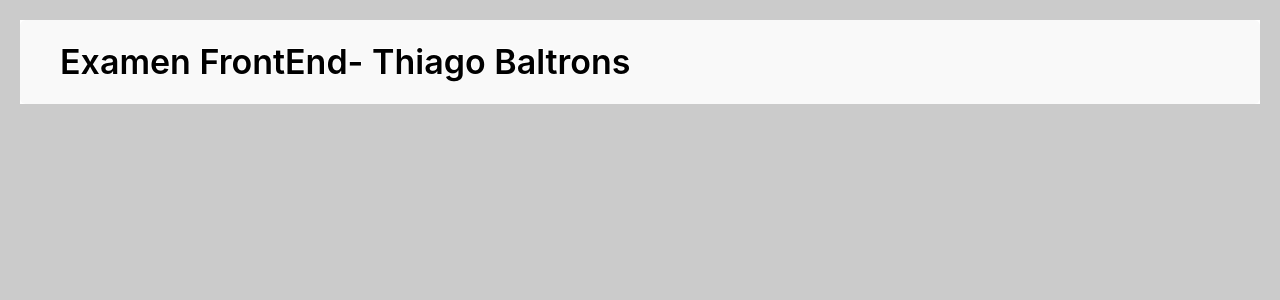
Repository: thiagobal1891-sudo/vue-ecommerce
Page: /#/thiago
The author's editor kept a copy of each file at every save. The page is drawn from the files as they stood at one save, then again after the next save.
The browser window is 1280 px wide. The pictures show the whole page.
The page's requests for data from a server got no answer. The project was rebuilt for these pictures with package versions that can differ from the ones it lists, and the page was loaded fresh each time. No one was signed in, and anything a server would have sent is missing. Also part of the build but not shown: vue.config.js, src/components/ProductList.vue, src/components/CollectionsVue.vue, src/components/BrandsVue.vue, src/pages/HomePage.vue, src/pages/ErrorPage.vue, src/pages/CategoryPage.vue, src/pages/MyCartPage.vue and 7 more.

Above is the page before, as saved 2025-09-22 14:42:31.

### public/index.html
<!DOCTYPE html>
<html lang="en">
  <head>
    <meta charset="utf-8" />
    <title>Mi App Vue</title>
  </head>
  <body>
    <div id="app"></div>
    <!-- Vue montará la app aquí -->
  </body>
</html>

### src/App.vue
<template>
  <div class="app">

    <NavegadorVue v-if="$route.path !== '/thiago'" />

    <router-view />


    <FooterVue v-if="$route.path !== '/thiago'" />
  </div>
</template>


<script>

import FooterVue from './components/FooterVue.vue';
import NavegadorVue from './components/NavegadorVue.vue';



export default {
  name: 'App',
  components: {
    FooterVue,
    NavegadorVue
  }
}
</script>

<style>
*{
  margin: 0px;
  padding: 0px;
}
@font-face {
  font-family: Janna LT;
  src: url("./assets/janna-lt-regular.ttf");
  font-weight: bold;
}
@import url('https://fonts.googleapis.com/css2?family=Inter:ital,opsz,wght@0,14..32,100..900;1,14..32,100..900&display=swap');



.root{
  --color-primario: #E61620
}

#app {

  font-family: Avenir, Helvetica, Arial, sans-serif;
  -webkit-font-smoothing: antialiased;
  -moz-osx-font-smoothing: grayscale;
  text-align: center;
  color: #2c3e50;
}
h1{
  background-color: var(--color-primario);
  font-family: "Janna LT";
  font-weight: 700;
}

* {
      box-sizing: border-box;
    }

    body {
      margin: 0;
      font-family: 'Arial', sans-serif;
      padding: 20px;
      background-color: rgb(203, 203, 203);
    }
    .app{
      max-width: 1280px;
      width: 100%;
      margin: auto;
      background-color: white;
    }
</style>

### src/pages/MyordersPage.vue
<template>
  <div class="grid_contenido">
    <SidebarVue @changePage="page = $event" class="layout" />
    <div class="contenido_orden">
      <PersonalInfo v-if="page === 1" />
      <OrdenesID v-else-if="page === 2" />
      <CheckoutVue v-else-if="page === 3" />
    </div>
  </div>
</template>


<script>
import SidebarVue from "../components/SidebarVue.vue"
import PersonalInfo from "../components/PersonalInfo.vue"
import CheckoutVue from "../components/CheckoutVue.vue"
import OrdenesID from "@/components/OrdenesID.vue"

export default {
  components: { SidebarVue, PersonalInfo, CheckoutVue, OrdenesID },
  data() {
    return {
      page: 1
    }
  }
}
</script>

<style>

*{
  box-sizing: border-box;
  margin: 0;
  padding: 0;
}
.grid_contenido {
  display: grid;
  gap: 60px;
  grid-template-columns: 1fr;
  grid-template-areas:
    "layout"
    "contenido_orden";
}

.layout {
  grid-area: layout;
}

.contenido_orden {
  grid-area: contenido_orden;
}

@media (min-width: 600px) {
  .grid_contenido {
    grid-template-columns: 200px auto;
    grid-template-areas: "layout contenido_orden";
  }
}

@media (min-width: 900px) {
  .grid_contenido {
    grid-template-columns: 250px auto;
  }
}


</style>

### src/pages/ThiagoPage.vue
<template>
    <div>
    <ThiagoVue />
    </div>
</template>

<script>
import ThiagoVue from '@/components/ThiagoVue.vue';

export default {
    name: 'ThiagoPage',
    components: {
    ThiagoVue
    },
    data(){
    return{

    }
    }
    }
</script>

### src/components/FooterVue.vue

<template>
  <footer class="footer">

    <div class="footer-content desktop-footer">
      <div class="footer-columns">
        <div class="column">
          <h3>Shop by Category</h3>
          <ul>
            <li>Skincare</li>
            <li>Personal Care</li>
            <li>Handbags</li>
            <li>Apparels</li>
            <li>Watches</li>
            <li>Eye Wear</li>
            <li>Jewellery</li>
          </ul>
        </div>

        <div class="column">
          <h3>About</h3>
          <ul>
            <li>Contact Us</li>
            <li>About Us</li>
            <li>Careers</li>
            <li>Press</li>
          </ul>
        </div>

        <div class="column">
          <h3>Policy</h3>
          <ul>
            <li>Return Policy</li>
            <li>Terms of Use</li>
            <li>Sitemap</li>
            <li>Security</li>
            <li>Privacy</li>
            <li>EPR Compliance</li>
          </ul>
        </div>
      </div>

       <hr />

      <div class="footer-right">

        <div class="social-icons">
          <img src="../assets/redeslogo.png" alt="social-media">
          <i class="fab fa-facebook"></i>
          <i class="fab fa-instagram"></i>
          <i class="fab fa-twitter"></i>
          <i class="fab fa-youtube"></i>
        </div>

        <div class="location">
          <i class="fas fa-map-marker-alt"></i>
          <img src="../assets/location.png" alt="">
          United States
        </div>

        <div class="copyright">
          © 2021 | Cora Leviene All Rights Reserved
        </div>
      </div>
    </div>

  </footer>
</template>
<script>
export default {
  name: 'FooterVue',
  data() {
    return {

    };
  }
}
</script>




<style scoped>

.copyright {
  display: flex;
  text-align: left;
  color: #B6B6B6;
}

.footer-columns {
  display: flex;
  text-align: left;
}

.footer {
  background-color: #194b63;
  color: #c0d9dd;
  font-family: 'Inter', sans-serif;
  padding: 40px 24px;
  width: 100%;

}


.desktop-footer {
  display: flex;
  justify-content: space-between;
  flex-wrap: wrap;
}

.footer-columns {
  display: flex;
  gap: 48px;
}

.column h3 {
  color: #ffffff;
  margin-bottom: 10px;
  font-size: 17px;
}

.column ul {
  list-style: none;
  padding: 0;
  margin: 0;
}

.column li {
  margin-bottom: 8px;
  font-size: 15px;
}

.footer-right {
  display: flex;
  flex-direction: column;
  align-items: flex-end;
  gap: 12px;
  text-align: right;
}

.social-icons {
  display: flex;
  font-size: 20px;
}

.location {
  display: flex;
  align-items: center;
  gap: 6px;
  font-family: Inter;
  font-weight: 500;
  font-size: 14px;
  line-height: 18px;
  letter-spacing: 0%;
  color: #ffff;
}



.footer-section {
  margin-bottom: 24px;
}

.footer-section h3 {
  color: #ffffff;
  font-size: 16px;
  margin-bottom: 10px;
}

.footer-section ul {
  list-style: none;
  padding: 0;
  margin: 0;
}

.footer-section li {
  margin-bottom: 7px;
  font-size: 14px;
}

.inline-links {
  display: flex;
  flex-wrap: wrap;
  gap: 6px;
  font-size: 14px;
}
@media screen and (max-width: 768px) {
 hr {
  position: relative;
  right: 24px;
  width: 100vw;
  border: none;
  border-top: 1px solid #4d6e80;
  margin: 24px 0;
}
}
.footer-columns {
  flex-direction: column;
}
.footer-right{
  align-items: flex-start;
}
@media  screen and (min-width: 768px) {
  hr {
    display: none;
  }
}
@media (max-width: 400px) {
  .text {
    font-size: 14px;
  }
}
</style>

### src/components/NavegadorVue.vue
<template>
  <link rel="preconnect" href="https://fonts.googleapis.com">
  <link rel="preconnect" href="https://fonts.gstatic.com" crossorigin>
  <link href="https://fonts.googleapis.com/css2?family=Inter:ital,opsz,wght@0,14..32,100..900;1,14..32,100..900&display=swap" rel="stylesheet">

  <!-- BARRA DESKTOP -->
  <header class="NavegadorVue desktop-only">
    <div>
      <img id="logo" src="./../assets/logo.png" alt="Icon">
      <nav class="NavegadorVue__categories">
        <p>Handbags</p>
        <p>Watches</p>
        <p>Skincare</p>
        <p>Jewellery</p>
        <p>Apparels</p>
      </nav>
    </div>
    <div class="search-container">
      <input class="search" type="text" v-model="busqueda" placeholder="Buscar producto..." />
      <img class="search-icon" src="./../assets/search.png" alt="buscar">
      <div class="icons">
        <router-link to="/mycart">
          <img src="./../assets/icons.png" alt="icons">
          {{ count.quantity }}
        </router-link>

      </div>
    </div>
  </header>

  <header class="NavegadorVue-mobile-only">
    <nav class="nav-mobile">
  <div class="nav-left">
    <img src="./../assets/leading-icon.png" alt="menu">
    <p>Home</p>
  </div>
  <div class="nav-right">
    <img src="./../assets/trailing-icon.png" alt="icons-mobile">

  </div>
</nav>
  </header>

  <div class="text-header">
    <p>
      We are currently experiencing local customs clearance delays.
      For the latest updates, please check your order status
      <a href="./">here</a>
    </p>
  </div>
</template>

<script>

import { useCartStore } from '@/stores/cart';

export default {
  name: 'NavegadorVue',
  data() {
    return {
      busqueda: '',
      count: useCartStore()
    };
  }
};
</script>

<style>

@media screen and (max-width: 768px) {
  body {
    padding-top: 80px !important;
  }
}
.NavegadorVue {
  width: 100%;
  height: 80px;
  display: flex;
  align-items: center;
  justify-content: space-between;
  position: fixed;
  top: 0;
  left: 0;

  z-index: 1000;
  background: white;
}


.desktop-only {
  display: flex;
}
.nav-mobile p {
  width: 57px;
  height: 26px;
  opacity: 1;
  font-family: Inter;
  font-weight: 600;
  font-size: 20px;
  line-height: 26px;
  letter-spacing: 0%;
  vertical-align: middle;
  color: rgba(27, 75, 102, 1);
;

}
.nav-mobile {
  display: flex;
  justify-content: space-between;
  align-items: center;
  padding: 0 16px;
  height: 60px;
  width: 100%;
  position: fixed;
  top: 0;
  left: 0;
  background: white;
  z-index: 1000;
  margin-top: 20px;
}

.nav-left {
  display: flex;
  align-items: center;
  gap: 20px;
}

.nav-right {
  display: flex;
  align-items: center;
  margin-right: 20px;
}

.NavegadorVue-mobile-only {
  display: none !important;
}

@media screen and (max-width: 768px) {
  .desktop-only {
    display: none !important;
  }
}
@media screen and (max-width: 768px) {
  .text-header {
    display: none !important;
  }
}
  .mobile-only {
    display: flex !important;
    height: 60px;
    justify-content: space-between;
    align-items: center;
    padding: 0 16px;
    background-color: white;
    z-index: 1000;
  }
@media screen and (max-width: 768px) {
  .NavegadorVue-mobile-only {
    display: flex !important;
  }
}
.NavegadorVue div {
  display: flex;
  justify-content: space-around;
  align-items: center;
  gap: 30px;
}
.NavegadorVue {
  position: relative;
  width: 100%;
  height: 80px;
  display: flex;
  align-items: center;
  margin-inline: 10px;
  justify-content: space-between;

}
.NavegadorVue header{

  display: flex;
  position: fixed;
  top: 0;
  left: 0;
  width: 100%;
  z-index: 1000;

}
.search-container  {
  display: inline-flex;
  align-items: center;
  position: relative;
  margin-right: inherit;

}
.search-container input {
  width: 500px;
  height: 44px;


}

#logo {
width: 108px;
height: 22px;
top: 29px;
left: 20px;


}
.NavegadorVue__categories {
  display: flex;
  width: 391;
  height: 18;
  top: 31px;
  left: 160px;
  gap: 20px;
  font-weight: bold;

}

.search-container {
  position: relative;
  width: 500px;
  height: 44px;
}

.search {
  width: 100%;
  height: 100%;
  border-radius: 4px;
  background: #F1F1F1;
  border: none;
  padding-left: 40px; /* espacio para el ícono */
  font-size: 14px;
}

.search-icon {
  position: absolute;
  top: 10px;
  left: 10px;
  width: 24px;
  height: 24px;
  pointer-events: none;
}
#icons {
  width: 114px;
height: 24px;
top: 28px;
left: 1148px;
}
.text-header {

  position: relative;

  width: 100%;
  height: 50px;

  font-family: "Inter", sans-serif;
  font-style: normal;
  font-weight: 400;
  font-size: 14px;
  line-height: 18px;

  display: flex;
  align-items: center;
  text-align: center;
  justify-content: center;

  color: #171520;
  background-color: #F1F1F1;
}


.text-header a {
  color: darkblue;


}

</style>

### src/components/BannerFooter.vue
<template>
<div class="banner-grid">

    <div class="lifestyle-card">
      <h2>LIFESTYLE</h2>
      <h1>Makeup Accessories<br>from Top Brands</h1>
    </div>



      <div class="card skincare">
        <h3>Skincare<br>Essentials</h3>
        <div class="arrow">→</div>
      </div>

      <div class="card facepacks">
        <h4>Facepacks<br>& Peels</h4>
        <div class="arrow">→</div>
      </div>

  </div>

</template>

<script>

export default {
  name: 'BannerFooter',
  components: {

  },
  data() {
    return {
    }
  }
}

</script>

<style>
    * {
      box-sizing: border-box;
    }

    body {
      margin: auto;
      font-family: 'Arial', sans-serif;
      padding: 20px;
    }

    .banner-grid {
      display: grid;
          grid-template:
                  "lifeStyle lifeStyle" 400px

                  "skincare   facepacks"  228px

                  /1fr    1fr    ;
      gap: 20px;
      max-width: 1200px;
      margin: 10px 30px;
    }

    .card:hover,
    .lifestyle-card:hover {
  filter: brightness(0.8);
  transform: scale(1.05);
  transition: filter 0.3s ease;
  cursor: pointer;
}

    .lifestyle-card {
      background-image: url('https://images.unsplash.com/photo-1526045478516-99145907023c?auto=format&fit=crop&w=1200&q=80');
      background-size: cover;
      background-position: center;
      border-radius: 20px;
      padding: 60px 40px;
      display: flex;
      flex-direction: column;
      justify-content: center;
      grid-area: lifeStyle;
    }

    .lifestyle-card h2 {
  width: 154px;
  height: 20px;
  left: 59px;
  top: 1999px;
  font-family: 'Inter', sans-serif;
  font-style: normal;
  font-weight: 400;
  font-size: 30px;
  line-height: 20px;
  display: flex;
  align-items: center;
  color: #97451F;


    }

    .lifestyle-card h1 {
  width: 618px;
  height: 136px;
  left: 59px;
  top: 2038px;
  font-family: 'Inter', sans-serif;
  font-style: normal;
  font-weight: 700;
  font-size: 52px;
  line-height: 68px;
  display: flex;
  align-items: center;
  color: #97451F;


    }


    .card {
      border-radius: 20px;
      padding: 30px;
      color: #fff;
      background-size: cover;
      background-position: center;
      position: relative;
      min-height: 200px;
      display: flex;
      align-items: center;
      justify-content: flex-start;
    }



    .card h3 {
  width: 309px;
  height: 104px;
  font-family: 'Inter', sans-serif;
  font-weight: 700;
  font-size: 40px;
  text-align: right;
  color: #A53F64;
        position: absolute;
      right: 30px;
    }

.card h4 {
  width: 232px;
  height: 104px;
  font-family: 'Inter',sans-serif;
  font-weight: 700;
  font-size: 40px;
  text-align: right;
  color: #1B4B66;
        position: absolute;
      right: 30px;
}

    .card .arrow {
      position: absolute;
      bottom: 20px;
      right: 20px;
      background: rgba(255, 255, 255, 0.9);
      border-radius: 50%;
      padding: 10px;
      font-size: 20px;
      color: #000;
      z-index: 2;
    }

    .card .arrow:hover {
    transform: scale(1.2);
    transition: 0.5s;
}

    .skincare {
      background-image: url('https://media-cldnry.s-nbcnews.com/image/upload/t_fit-1000w,f_avif,q_auto:eco,dpr_2/rockcms/2024-01/240117-staff-skin-care-routines-social-2c85d8.jpg');
      grid-area: skincare;
    }

    .facepacks {
      background-image: url('https://shipcartecommerce.com/cdn/shop/collections/877f03da31ad8bb130dde99698f7d3ec.jpg?v=1748635689');
      grid-area: facepacks;
    }

    @media (max-width: 768px) {
      .lifestyle-card h1 {
        font-size: 28px;
      }

      .card h3 {
        font-size: 20px;
      }

      .card h4 {
        font-size: 20px;
      }
    }
</style>

### src/components/PageCarrito.vue
<template>
  <div class="page">
      <div class="head_cart">
    <a href="#">Home</a>
    <span>›</span>
    <span>my cart</span>

  </div>
  <h2 class="titulo_cart">My cart</h2>
    <div class="carrito">
      <div class="items">
        <div class="item" v-for="producto in productos.cart" :key="producto.id">
          <img :src="producto.image" alt="" />
          <div class="info">
            <b>{{ producto.category }}</b>
            {{ producto.title }}<br />
            <input
              type="number"
              min="1"
              v-model.number="producto.quantity"
              @change="productos.modificarCantidad(producto.id, producto.quantity)"
            />
            {{ producto.quantity }}<br />
            <a href="#" class="move">Move to Wishlist</a>
            <button class="remove" @click="productos.quitar(producto.id)">Remove</button>
          </div>

          <div class="rightCols">
            <div class="pricecarrito">${{ producto.price.toFixed(2) }}</div>
            <div class="cantidad">{{ producto.quantity }}</div>
            <div class="subtotal">${{ (producto.price * producto.quantity).toFixed(2) }}</div>
          </div>
        </div>
      </div>

      <div class="total">
        <h3>Order Summary</h3>
        <div class="line"><span>Sub Total</span><span>$119.69</span></div>
        <div class="line"><span>Discount</span><span>-$13.40</span></div>
        <div class="line"><span>Delivery Fee</span><span>$0.00</span></div>
        <div class="line grand"><span>Grand Total</span><span>$106.29</span></div>

        <div class="buttons">
          <button class="place">Place Order</button>
          <button class="continue">Continue Shopping</button>
        </div>
      </div>

      <div class="cupones">
        <label class="cupon-texto">Apply Coupon Code</label>
        <div class="cupon-box">
          <input type="text" placeholder="Apply Coupon Code" />
          <button>CHECK</button>
        </div>
      </div>
    </div>
  </div>
</template>

<script>
import { useCartStore } from '@/stores/cart'

export default {
  name: 'PageCarrito',
  data() {
    return {
      productos: useCartStore()
    }
  }
}
</script>

<style>
* { box-sizing: border-box;
  margin: 0;
  padding: 20; }

.page {
  padding: 20px;
}
.carrito {
  display: grid;
  gap: 24px;
  grid-template-columns: 1fr;
  grid-template-areas:
    "items"
    "total"
    "cupones";
  max-width: 1120px;
  margin: 24px auto;
  width: 100%;
  align-items: start;
}




.items { grid-area: items; }
.total { grid-area: total; align-self: start; }
.cupones { grid-area: cupones; align-self: start; }

.head_cart a {
  font-family: 'Inter', sans-serif;
  font-weight: 500;
  font-size: 16px;
  color: #1B4B66;
  border-color: white;
}

.head_cart span {
  margin: 0 5px;
  font-family: 'Inter', sans-serif;
  font-weight: 500;
  font-size: 16px;
  color: #626262;
}

.head_cart {
  text-align: left;
  bottom: 80px;
}





.item {
  display: flex;
  gap: 16px;
  border-bottom: 1px solid #e0e0e0;
  padding: 12px 0;
  align-items: center;
}

.item img {
  width: 80px;
  height: 80px;
  object-fit: cover;
  border-radius: 6px;
}


.info {
  flex: 1;
  color: #626262;
}
.info b { display: block; margin-bottom: 6px; color: #171520; }
.info .move { margin-right: 10px; font-size: 14px; color: #1B4B66; text-decoration: none; }
.info .remove { background: none; border: none; color: #B00020; cursor: pointer; }


.rightCols {
  display: flex;
  gap: 20px;
  align-items: center;
  justify-content: flex-end;
  min-width: 220px;
  flex-shrink: 0;
}

.pricecarrito, .cantidad, .subtotal {
  width: 80px;
  text-align: right;
  color: #171520;
}


.titulo_cart {
  text-align: left;
  width: 132px;
  font-family: 'Inter';
  font-style: normal;
  font-weight: 600;
  font-size: 34px;
  color: #1B4B66;
  margin: 20px auto 10px 0;
}

.total h3 {
  margin: 0 0 10px 0;
  padding-bottom: 8px;
  border-bottom: 1px solid #ccc;
  color: #171520;
}
.total .line {
  display: flex;
  justify-content: space-between;
  margin: 8px 0;
  color: #171520;
}
.total .grand { font-weight: 700; }

.buttons {
  margin-top: 18px;
  display: flex;
  gap: 14px;
}
.buttons button { padding: 10px 14px; border-radius: 6px; cursor: pointer; }
.place { background: #1B4B66; color: white; border: none; }
.continue { background: white; color: #1B4B66; border: 2px solid #1B4B66; }


.cupones { padding: 12px;
  width: 580px;;
}
.cupon-texto {
  margin-bottom: 8px;
  font-weight: 500;
  color: #171520;
  border-bottom: 1px solid #ccc;
  }
.cupon-box {
  display: flex;
  align-items: center;
  background: #f2f2f2;
  border-radius: 5px;
  max-width: 400px;
  overflow: hidden;
}
.cupon-box input { border: none; background: transparent; padding: 12px; flex: 1; outline: none; }
.cupon-box button { background: transparent; border: none; font-weight: 700; padding: 12px 16px; cursor: pointer; }

@media (min-width: 1100px) {
  .carrito {
    grid-template-columns: 1fr 360px;
    grid-template-areas:
      "items total"
      "cupones cupones";
  }
}

@media (max-width: 950px) {
  .carrito,
  .items,
  .total,
  .cupones {
    max-width: 212px;
    width: 100%;
    margin: 0 auto;
  }

    .item {
    max-width: 212px;
    width: 100%;
    margin: 0 auto;
    flex-wrap: wrap;
  }
}
</style>

### src/components/ThiagoVue.vue
<template>
  <div class="contenedor">
    <h2>Examen FrontEnd- Thiago Baltrons</h2>
    <ul class="todo-list">
  <li
  v-for="todo in todos"
  :key="todo.id"
  :class="{ completed: todo.completed }">
  <span><strong>{{ todo.id }}</strong> - {{ todo.title }}</span>
  <span class="status">
    {{ todo.completed ? "✔ Completada" : "⏳ Pendiente" }}
  </span>
  </li>
    </ul>
  </div>
</template>

<script>
export default {
  name: "ExamenThiago",
  data() {
    return {
      todos: []
    }
  },
  mounted() {
    fetch("https://jsonplaceholder.typicode.com/todos")
      .then(res => res.json())
      .then(data => {
        this.todos = data
      })
  }
}
</script>

<style>
.contenedor {
  padding: 20px;
  background: #f9f9f9;
  border-radius: 6px;
  font-family: Arial, sans-serif;
}

.contenedor h2 {
  text-align: left;
  font-size: 34px;
  color: black;
  margin: auto 20px;
  white-space: nowrap;
  text-shadow:
  -1px -1px 0 white,
  1px -1px 0 white;
}

.todo-list {
  list-style: none;
  padding: 0;
}

.todo-list li {
  display: flex;
  justify-content: space-between;
  align-items: center;
  padding: 10px;
  margin: 20px 6px;
  border-radius: 5px;
  background: #ffe0e0;
}

.todo-list li.completed {
  background: #d4ffd4;
}

.status {
  font-size: 12px;
  padding: 3px 8px;
  border-radius: 4px;
  background: #555;
  color: #fff;
}
</style>

Loaded but not shown: src/stores/cart.js (85 lines, source omitted); src/main.js (47 lines, source omitted); src/components/ProductPageVue.vue (601 lines, source omitted)

After the next save:
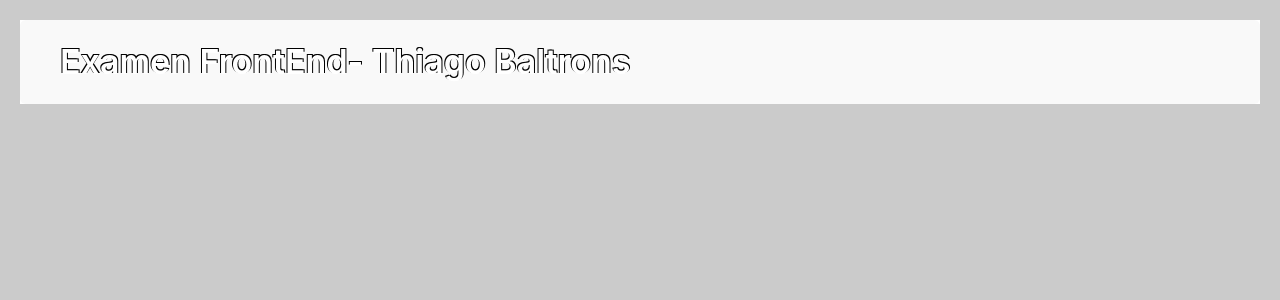
Saved 38 s later.
--- a/src/components/ThiagoVue.vue
+++ b/src/components/ThiagoVue.vue
@@ -44,12 +44,12 @@ export default {
 .contenedor h2 {
   text-align: left;
   font-size: 34px;
-  color: black;
+  color: #fff;
   margin: auto 20px;
   white-space: nowrap;
   text-shadow:
-  -1px -1px 0 white,
-  1px -1px 0 white;
+  -1px -1px 0 black,
+  1px -1px 0 black;
 }
 
 .todo-list {
